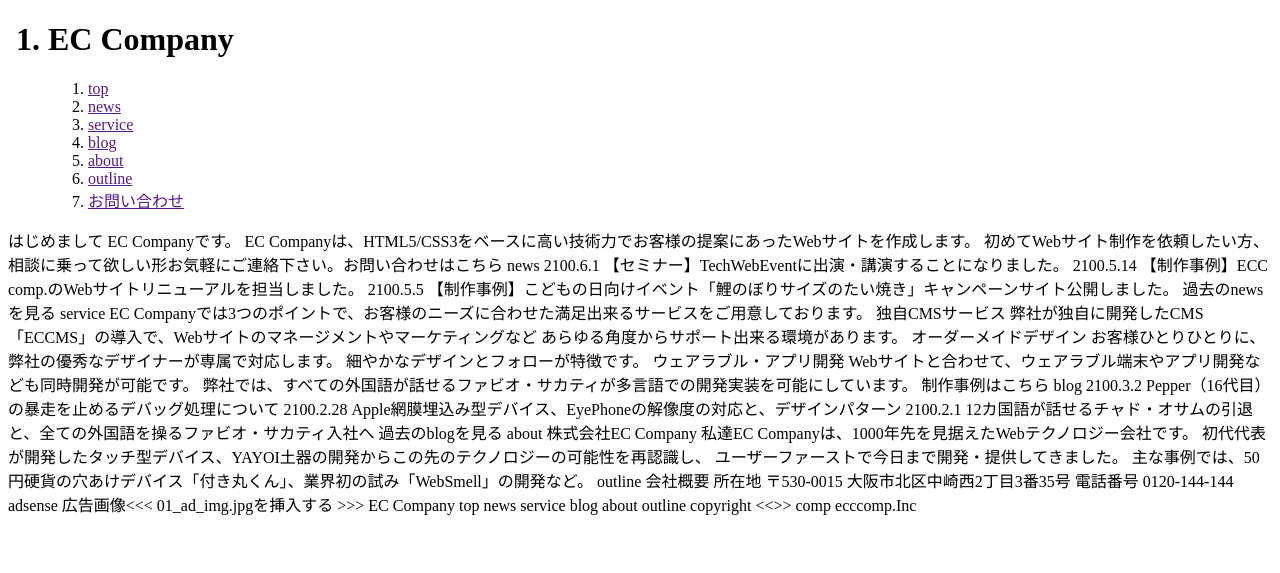
Repository: hsn320/html-practice
Page: html2/work01/work01.html
The author's editor kept a copy of each file at every save. The page is drawn from the files as they stood at one save, then again after the next save.
The browser window is 1280 px wide. The pictures show the whole page.

Above is the page before, as saved 2025-10-01 22:38:31.

After the next save:
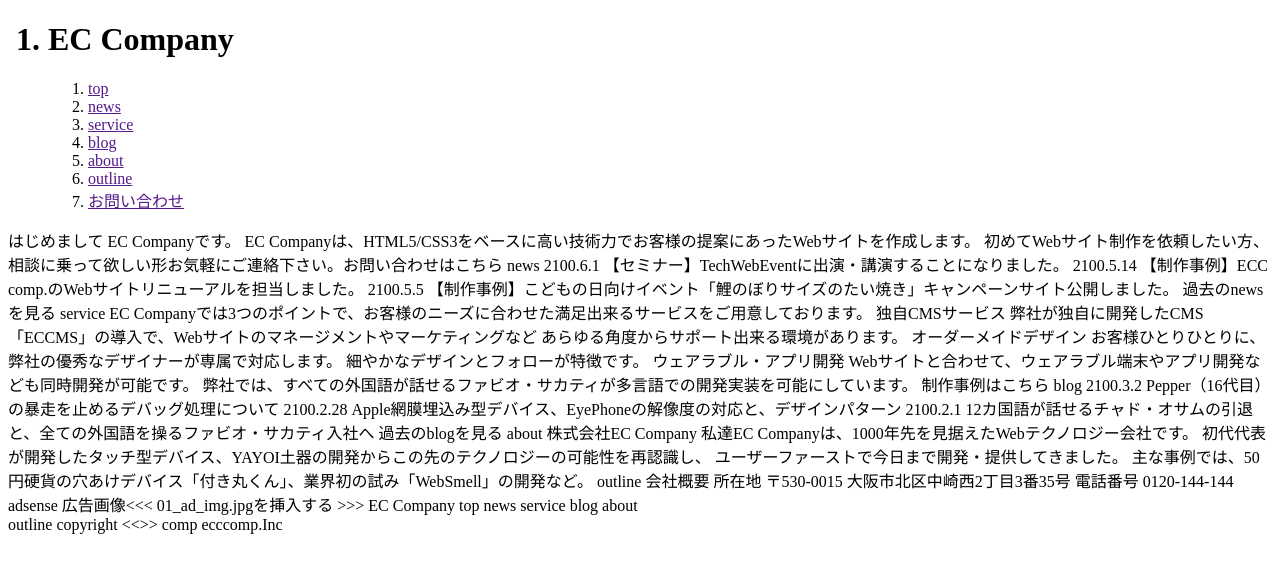
Saved 73 s later.
--- a/html2/work01/work01.html
+++ b/html2/work01/work01.html
@@ -22,64 +22,66 @@
             </nav>
         </ol>
     </header>
-はじめまして EC Companyです。
-EC Companyは、HTML5/CSS3をベースに高い技術力でお客様の提案にあったWebサイトを作成します。 初めてWebサイト制作を依頼したい方、相談に乗って欲しい形お気軽にご連絡下さい。お問い合わせはこちら
+    <main>
+    はじめまして EC Companyです。
+    EC Companyは、HTML5/CSS3をベースに高い技術力でお客様の提案にあったWebサイトを作成します。 初めてWebサイト制作を依頼したい方、相談に乗って欲しい形お気軽にご連絡下さい。お問い合わせはこちら
 
-news
-2100.6.1
-【セミナー】TechWebEventに出演・講演することになりました。
-2100.5.14
-【制作事例】ECC comp.のWebサイトリニューアルを担当しました。
-2100.5.5
-【制作事例】こどもの日向けイベント「鯉のぼりサイズのたい焼き」キャンペーンサイト公開しました。
+    news
+    2100.6.1
+    【セミナー】TechWebEventに出演・講演することになりました。
+    2100.5.14
+    【制作事例】ECC comp.のWebサイトリニューアルを担当しました。
+    2100.5.5
+    【制作事例】こどもの日向けイベント「鯉のぼりサイズのたい焼き」キャンペーンサイト公開しました。
 
-過去のnewsを見る
+    過去のnewsを見る
 
-service
-EC Companyでは3つのポイントで、お客様のニーズに合わせた満足出来るサービスをご用意しております。
-独自CMSサービス
+    service
+    EC Companyでは3つのポイントで、お客様のニーズに合わせた満足出来るサービスをご用意しております。
+    独自CMSサービス
 
-弊社が独自に開発したCMS「ECCMS」の導入で、Webサイトのマネージメントやマーケティングなど あらゆる角度からサポート出来る環境があります。
-オーダーメイドデザイン
+    弊社が独自に開発したCMS「ECCMS」の導入で、Webサイトのマネージメントやマーケティングなど あらゆる角度からサポート出来る環境があります。
+    オーダーメイドデザイン
 
-お客様ひとりひとりに、弊社の優秀なデザイナーが専属で対応します。 細やかなデザインとフォローが特徴です。
-ウェアラブル・アプリ開発
+    お客様ひとりひとりに、弊社の優秀なデザイナーが専属で対応します。 細やかなデザインとフォローが特徴です。
+    ウェアラブル・アプリ開発
 
-Webサイトと合わせて、ウェアラブル端末やアプリ開発なども同時開発が可能です。 弊社では、すべての外国語が話せるファビオ・サカティが多言語での開発実装を可能にしています。
+    Webサイトと合わせて、ウェアラブル端末やアプリ開発なども同時開発が可能です。 弊社では、すべての外国語が話せるファビオ・サカティが多言語での開発実装を可能にしています。
 
-制作事例はこちら
+    制作事例はこちら
 
-blog
-2100.3.2
-Pepper（16代目）の暴走を止めるデバッグ処理について
-2100.2.28
-Apple網膜埋込み型デバイス、EyePhoneの解像度の対応と、デザインパターン
-2100.2.1
-12カ国語が話せるチャド・オサムの引退と、全ての外国語を操るファビオ・サカティ入社へ
+    blog
+    2100.3.2
+    Pepper（16代目）の暴走を止めるデバッグ処理について
+    2100.2.28
+    Apple網膜埋込み型デバイス、EyePhoneの解像度の対応と、デザインパターン
+    2100.2.1
+    12カ国語が話せるチャド・オサムの引退と、全ての外国語を操るファビオ・サカティ入社へ
 
-過去のblogを見る
+    過去のblogを見る
 
-about
-株式会社EC Company
+    about
+    株式会社EC Company
 
-私達EC Companyは、1000年先を見据えたWebテクノロジー会社です。 初代代表が開発したタッチ型デバイス、YAYOI土器の開発からこの先のテクノロジーの可能性を再認識し、 ユーザーファーストで今日まで開発・提供してきました。 主な事例では、50円硬貨の穴あけデバイス「付き丸くん」、業界初の試み「WebSmell」の開発など。
+    私達EC Companyは、1000年先を見据えたWebテクノロジー会社です。 初代代表が開発したタッチ型デバイス、YAYOI土器の開発からこの先のテクノロジーの可能性を再認識し、 ユーザーファーストで今日まで開発・提供してきました。 主な事例では、50円硬貨の穴あけデバイス「付き丸くん」、業界初の試み「WebSmell」の開発など。
 
-outline
-会社概要
-所在地
-〒530-0015 大阪市北区中崎西2丁目3番35号
-電話番号
-0120-144-144
+    outline
+    会社概要
+    所在地
+    〒530-0015 大阪市北区中崎西2丁目3番35号
+    電話番号
+    0120-144-144
 
-adsense
-広告画像<<< 01_ad_img.jpgを挿入する >>>
+    adsense
+    広告画像<<< 01_ad_img.jpgを挿入する >>>
 
-EC Company
-top
-news
-service
-blog
-about
+    EC Company
+    top
+    news
+    service
+    blog
+    about
+    </main>
 outline
 
 copyright <<<copyrightマークに差し替え>>> comp ecccomp.Inc
